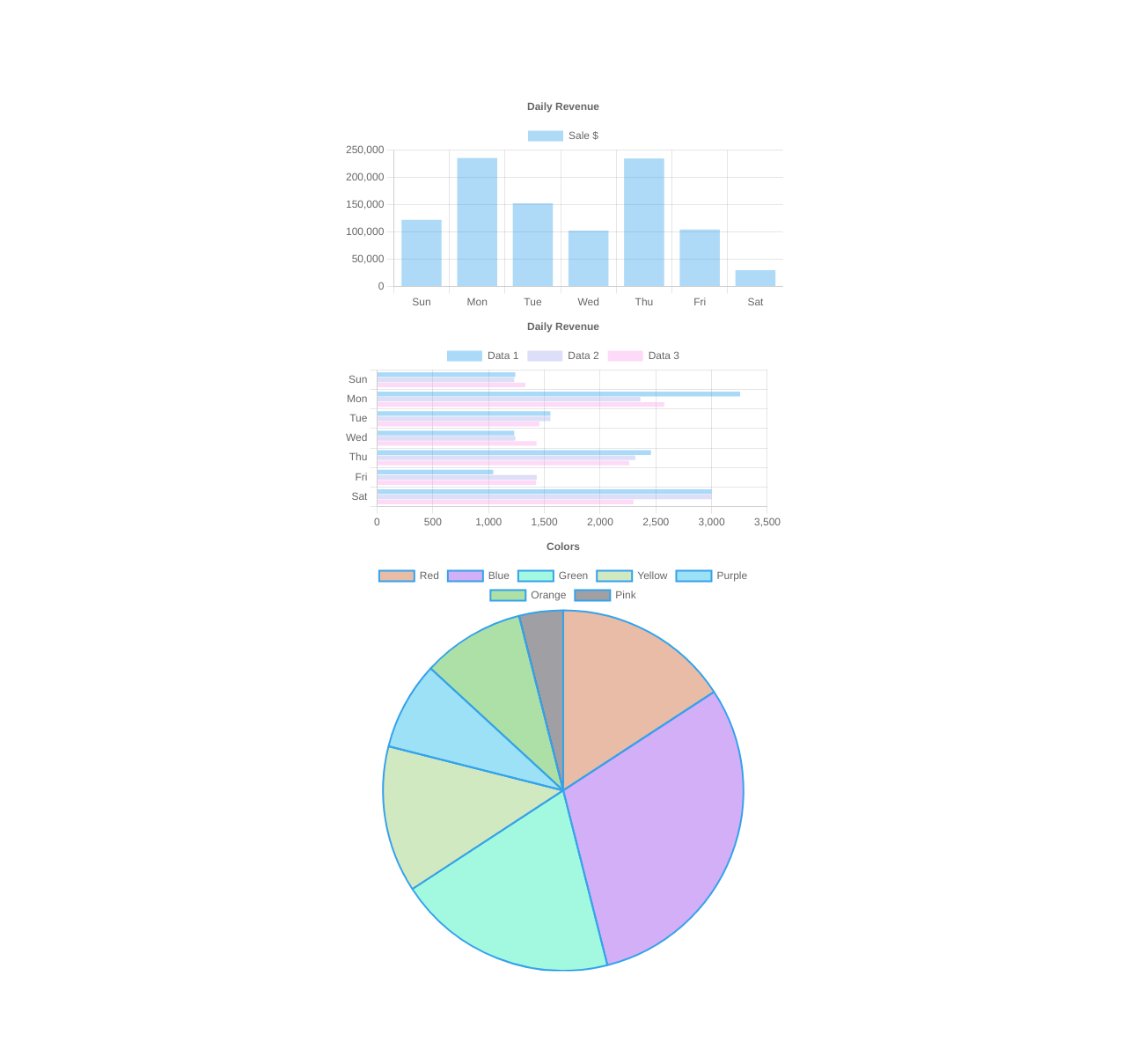
Repository: k8ANStar/exercise-5
Page: /
The author's editor kept a copy of each file at every save. The page is drawn from the files as they stood at one save, then again after the next save.
The browser window is 1280 px wide. The pictures show the whole page, at 88% of full size.
The project was rebuilt for these pictures with package versions that can differ from the ones it lists, and the page was loaded fresh each time. The framework's server and built-in components were replaced by stand-ins that run in the browser. Also part of the build but not shown: next.config.mjs.

Above is the page before, as saved 2024-04-15 10:41:23.

After the next save:
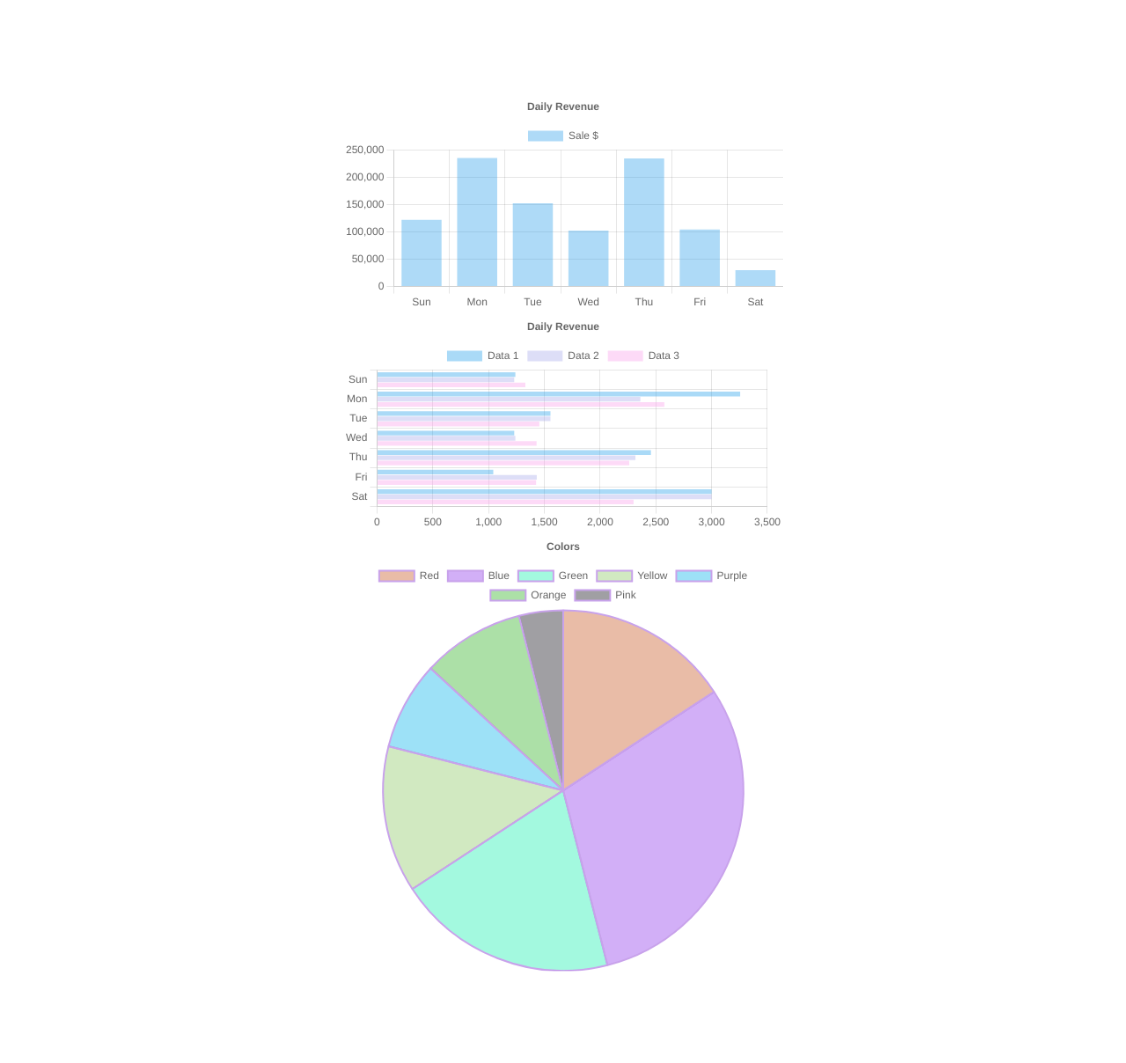
Saved 113 s later.
--- a/components/PieChart/index.js
+++ b/components/PieChart/index.js
@@ -25,7 +25,7 @@ export default function PieChart() {
 				{
 					label: "# of Votes",
 					data: [12, 23, 15, 10, 6, 7, 3],
-					borderColor: "rgb(53, 162, 235)",
+					borderColor: "rgb(200, 162, 235)",
 					backgroundColor: [
 						"rgb(200, 89, 35, 0.4)",
 						"rgb(143, 56, 234, 0.4)",
